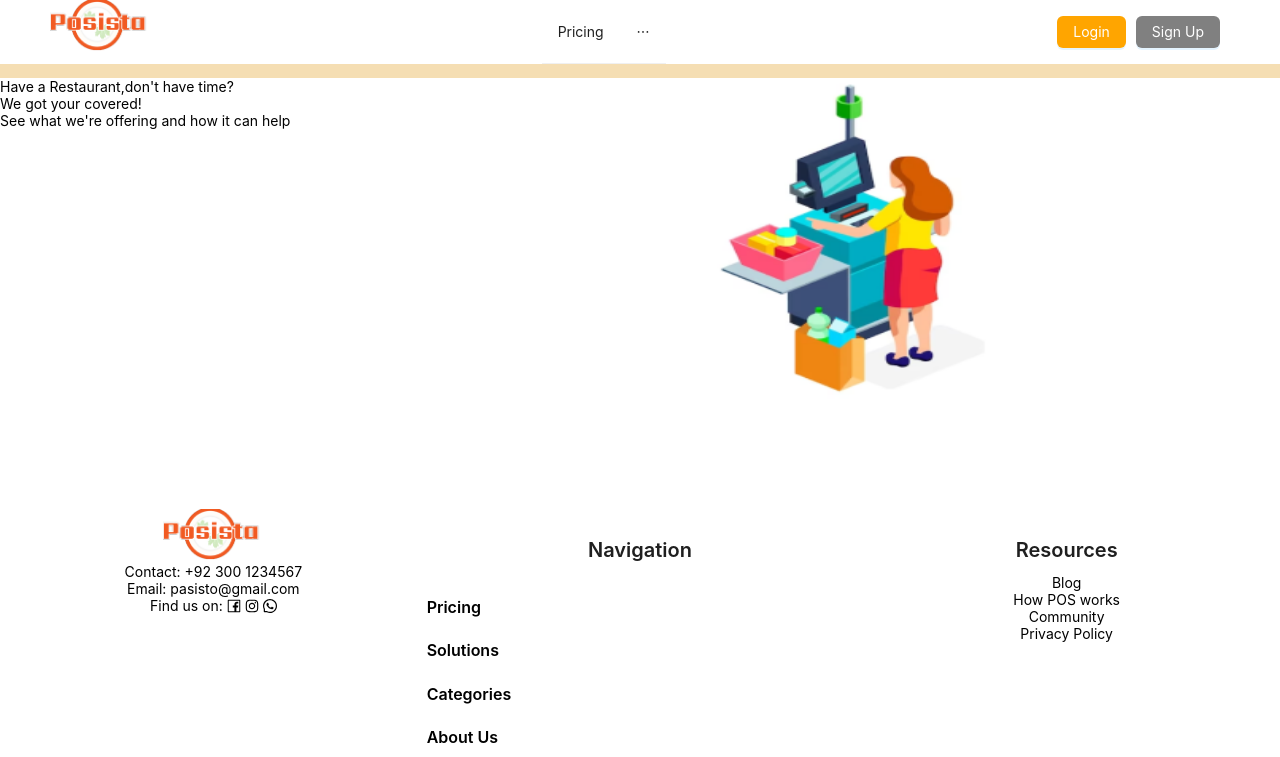
Repository: usmanarshad90/Posista
Page: / (app in test/)
The author's editor kept a copy of each file at every save. The page is drawn from the files as they stood at one save, then again after a run of saves.
The browser window is 1280 px wide. The pictures show the whole page.
The project was rebuilt for these pictures with package versions that can differ from the ones it lists, and the page was loaded fresh each time. Also part of the build but not shown: test/src/components/Pricing/Pricing.jsx, test/src/components/Solution/Solutions.jsx, test/src/components/About/AboutUs.jsx, test/src/components/login/login.jsx, test/src/components/signup/signup.jsx.

Above is the page before, as saved 2023-11-28 14:47:41.

### test/public/index.html
<!DOCTYPE html>
<html lang="en">
  <head>
    <meta charset="utf-8" />
    <link rel="icon" href="%PUBLIC_URL%/favicon.ico" />
    <meta name="viewport" content="width=device-width, initial-scale=1" />
    <meta name="theme-color" content="#000000" />
    <meta
      name="description"
      content="Web site created using create-react-app"
    />
    <link rel="apple-touch-icon" href="%PUBLIC_URL%/logo192.png" />

    <link rel="manifest" href="%PUBLIC_URL%/manifest.json" />

    <title>Posisto</title>
  </head>
  <body>
    <noscript>You need to enable JavaScript to run this app.</noscript>
    <div id="root"></div>



  </body>
</html>

### test/src/index.css
body {
  margin: 0;
  font-family: -apple-system, BlinkMacSystemFont, 'Segoe UI', 'Roboto', 'Oxygen',
    'Ubuntu', 'Cantarell', 'Fira Sans', 'Droid Sans', 'Helvetica Neue',
    sans-serif;
  -webkit-font-smoothing: antialiased;
  -moz-osx-font-smoothing: grayscale;
}

code {
  font-family: source-code-pro, Menlo, Monaco, Consolas, 'Courier New',
    monospace;
}
.background{
  background-image: url("./images/background.jpg")!important;

}



/* .container{
  max-width: 1000px;
  margin: auto;
  width: 100%;
  padding-inline: 1rem;
  padding-block:5rem;

} */

### test/src/App.js
import {BrowserRouter  as Router , Routes , Route} from 'react-router-dom'
import Home from './components/Home/Home';

import Pricing from './components/Pricing/Pricing';
import Solutions from './components/Solution/Solutions';
import AboutUs from './components/About/AboutUs';
import Login from './components/login/login';
import SignUp from './components/signup/signup';


function App() {
  return (
    <Router>
    {/* if i can do it like this all pages come on the header */}

      <Routes>

        {/* if i can do it like this header individually come on the each page*/}

        <Route path="/" element={< Home/>} />
        <Route path="/login" element={<Login/>}/>
        <Route path="/signup" element={<SignUp/>} />

        <Route path="/pricing" element={< Pricing/>} />
        <Route path="/solution" element={< Solutions/>} />
        <Route path="/about" element={<AboutUs/>} />

        </Routes>
        {/* for footer i can call here */}

        </Router>
  );
}

export default App;

### test/src/components/Home/Home.jsx
import React from 'react'
import PageHeader from '../PageHeader/PageHeader'
import HeroSection from '../HeroSection/HeroSection'
import PageFooter from '../Footer/Footer'

const Home = () => {
  return (
    <>
    <PageHeader/>
    <HeroSection/>



    <PageFooter/>

    </>
  )
}

export default Home

### test/src/components/PageHeader/PageHeader.jsx
import React from 'react'
import { Layout, Menu, Button, Row, Col } from 'antd';
import { Link } from 'react-router-dom';
import logoimage from '../../images/posistologo.png'
import {HomeOutlined, UserOutlined,SettingOutlined,} from '@ant-design/icons';

const { Header } = Layout;
const PageHeader = () => {
  return (
    <Row>
      <Col lg={24} xl={24} md={12} xs={4} >
    <Layout className="layout">
    <Header style={{ display: 'flex', justifyContent: 'space-between' ,backgroundColor: 'white' }}>
      <div className="logo" >

      <Link to={'/'}><img src={logoimage} alt="" width="100px"  /></Link>
        </div>
      <Menu  mode="horizontal" style={ {color:'black',backgroundColor: 'transparent'}} >
        <Link to={'/pricing'} ><Menu.Item key="1" >Pricing</Menu.Item></Link>


        <Link to={'/solution'} ><Menu.Item key="2" >Solutions</Menu.Item></Link>

        <Link to={'/about'} ><Menu.Item key="3" >About Us</Menu.Item></Link>
      </Menu>

      <div>

        <Link to="/login"><Button type="primary" style={{ marginRight: '10px', backgroundColor: 'orange' }}>Login</Button>
        </Link>
        <Link to="/signup"><Button type="primary" style={{ marginRight: '10px', backgroundColor: 'grey' }}>Sign Up</Button></Link>
      </div>




    </Header>
  </Layout>
  </Col>
  </Row>
  )
}

export default PageHeader;

### test/src/components/HeroSection/HeroSection.jsx
import React from 'react'
import { Row,Col,Image,Divider} from 'antd';

import image from '../../images/design.png'

const HeroSection = () => {




      const DemoBox = (props) => <p className={`height-${props.value}`}>{props.children}</p>;
  return (
    <>
    <Row  >
      <Col  lg={{ span:24, order: 1 }} md={24} xs={24} xl={24} xxl={24}  style={{background:'wheat'}}>
      <DemoBox value={'100%'}> </DemoBox>
        </Col>

    <Col lg={{ span: 12, order: 2 }} md={8} xs={4} xl={12}>

    <div   >

         Have a Restaurant,don't have time? <br />
         We got your covered! <br/>

         <div   >See what we're offering and how it can help <br />


         </div>
    </div>
    </Col>
    <Col lg={{ span: 12, order: 3 }}md={8} xs={4} xl={12}>
    <Image width={'70%'} preview={false} height={'90%'} src={image} alt="#" />

    </Col>
   </Row>
   </>
  )
}

export default HeroSection

### test/src/components/Footer/Footer.jsx
import React from 'react';
import { Layout, Menu, Row, Col, Typography } from 'antd';
import { Link } from 'react-router-dom';
import logoimage from '../../images/posistologo.png';
import { FacebookOutlined, InstagramOutlined, WhatsAppOutlined } from '@ant-design/icons';

const Footer = () => {
  const style = {
    padding: '12px',
    textAlign: 'center', // Center text within each column
  };

  return (
    <Row>
      <Col lg={{ span: 8, order: 1 }} md={6} xs={4} xl={8} xxl={8} style={style}>
        <div className="logo">
          <Link to={'/'}>
            <img src={logoimage} alt="" width="100px" />
          </Link>
        </div>
        <div>Contact: +92 300 1234567</div>
        <div>Email: pasisto@gmail.com</div>
        <div>
          Find us on: <FacebookOutlined /> <InstagramOutlined /> <WhatsAppOutlined />
        </div>
      </Col>

      <Col lg={{ span: 8, order: 1 }} md={6} xs={4} xl={8} xxl={8} >
        <Typography.Title level={4} style={style}>Navigation </Typography.Title>
        <Typography.Title level={5}>
          <Link to={'/pricing'} style={{ color: 'black' }} >
            Pricing
          </Link>{' '}
        </Typography.Title>
        <Typography.Title level={5}>
          <Link to={'/solution'} style={{ color: 'black' }}>
            Solutions
          </Link>
        </Typography.Title>
        <Typography.Title level={5}>
          <Link to={'/about'} style={{ color: 'black' }}>
            Categories
          </Link>
        </Typography.Title>
        <Typography.Title level={5}>
          <Link to={'/about'} style={{ color: 'black' }}>
            About Us
          </Link>
        </Typography.Title>
      </Col>

      <Col lg={{ span: 8, order: 1 }} md={6} xs={4} xl={8} xxl={8} style={style}>
        <Typography.Title level={4}>Resources</Typography.Title>
        <div>Blog</div>
        <div>How POS works</div>
        <div>Community</div>
        <div>Privacy Policy</div>
      </Col>
    </Row>
  );
};

export default Footer;

Loaded but not shown: test/src/index.js (common file)

After the next 3 saves:
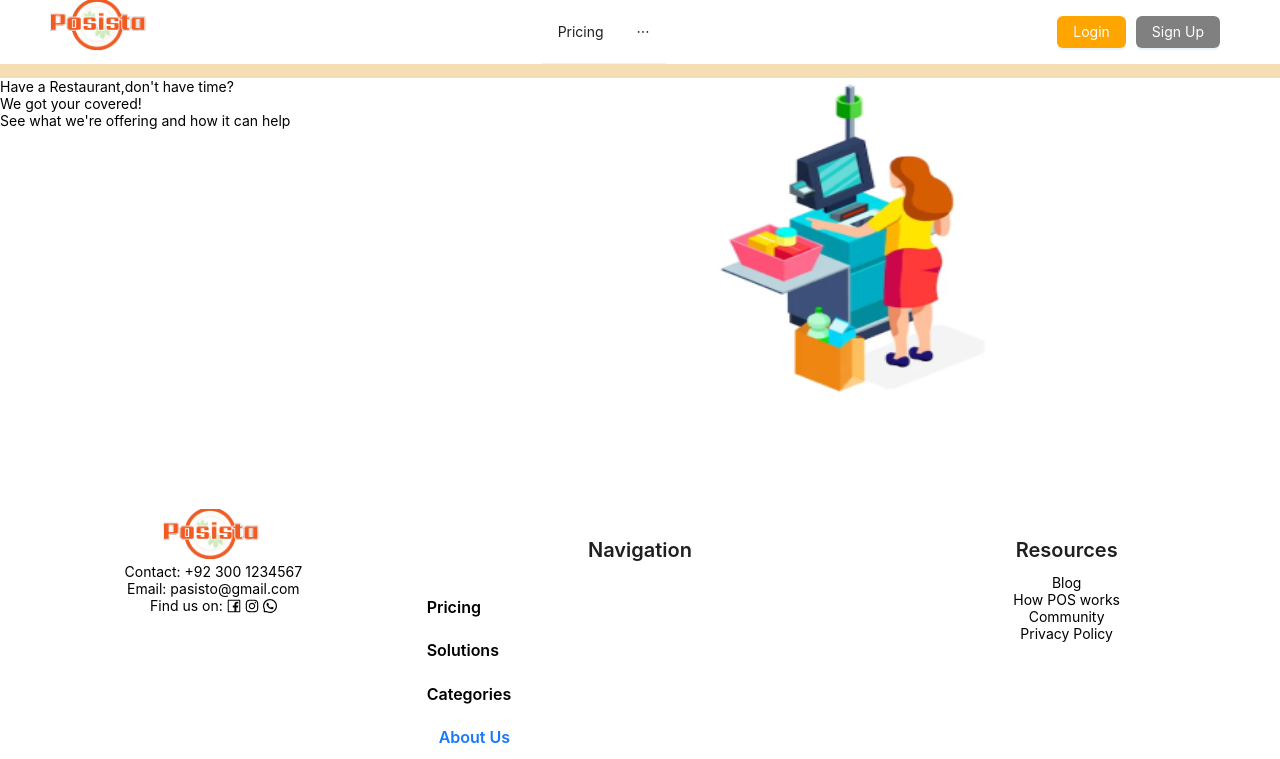
The 3 saves are shown as one change because they came seconds apart.
The last was saved 10 s later.
--- a/test/src/components/Footer/Footer.jsx
+++ b/test/src/components/Footer/Footer.jsx
@@ -43,7 +43,7 @@
           </Link>
         </Typography.Title>
         <Typography.Title level={5}>
-          <Link to={'/about'} style={{ color: 'black' }}>
+          <Link to={'/about'} style={{ color: 'black' }, style}>
             About Us
           </Link>
         </Typography.Title>

After the save that followed:
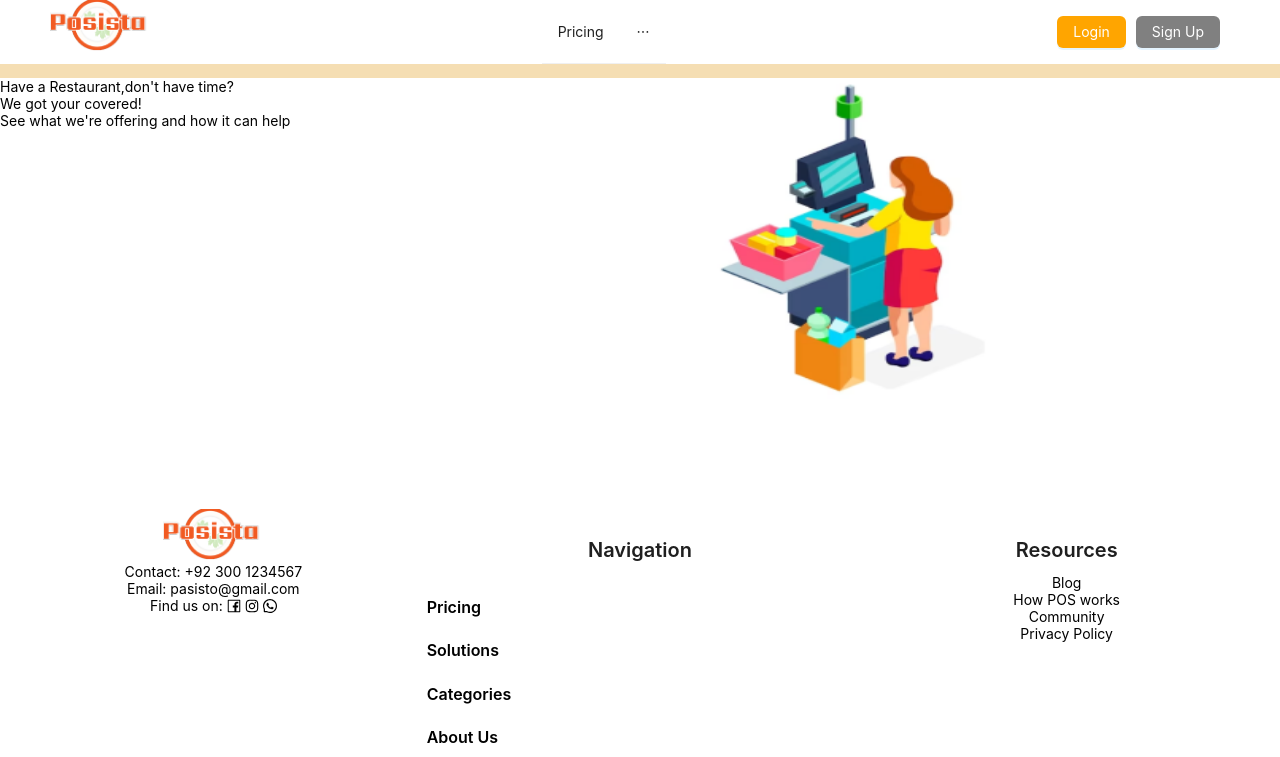
Saved 12 s later.
--- a/test/src/components/Footer/Footer.jsx
+++ b/test/src/components/Footer/Footer.jsx
@@ -43,7 +43,7 @@
           </Link>
         </Typography.Title>
         <Typography.Title level={5}>
-          <Link to={'/about'} style={{ color: 'black' }, style}>
+          <Link to={'/about'} style={{ color: 'black' }}>
             About Us
           </Link>
         </Typography.Title>
